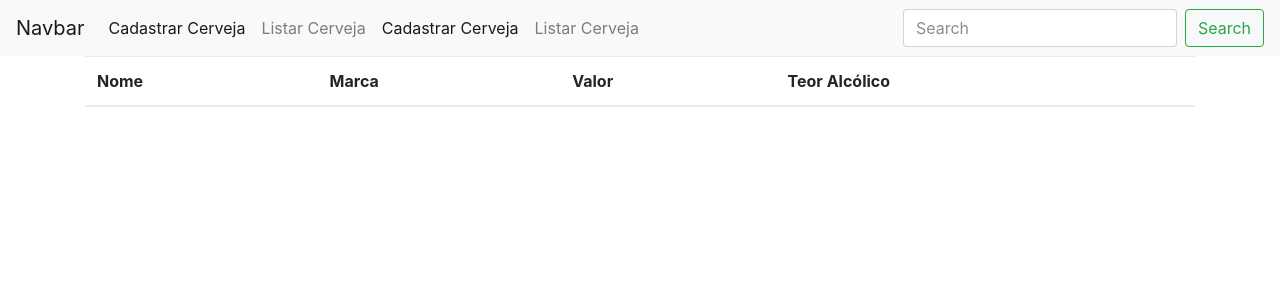
Repository: ViniciusSevero/FIAP-2TDSF-DBE-2sem
Page: http://localhost/04-SpringBoteco/WEB-INF/jsp/cerveja/lista.jsp
The author's editor kept a copy of each file at every save. The page is drawn from the files as they stood at one save, then again after the next save.
The browser window is 1280 px wide. The pictures show the whole page.
The page is served by Tomcat 9. Nobody is signed in. Other server files are loaded and not shown. The template is opened directly, without the code that normally fills it, so the values that code supplies are empty.

Above is the page before, as saved 2017-08-29 14:38:59.
Console error (its wording comes from the project's code and is left out).

### 04-SpringBoteco/WebContent/WEB-INF/jsp/cerveja/lista.jsp
<%@ page language="java" contentType="text/html; charset=ISO-8859-1"
    pageEncoding="ISO-8859-1"%>
<%@ taglib prefix="tag" tagdir="/WEB-INF/tags" %>
<%@ taglib uri="http://java.sun.com/jsp/jstl/core" prefix="c" %>

<tag:template title="Lista de Cervejas">
	<table class="table">
		<thead>
			<tr>
				<th>Nome</th>
				<th>Marca</th>
				<th>Valor</th>
				<th>Teor Alcólico</th>
			</tr>
		</thead>
		<tbody>
			<c:forEach items="${lista}" var="cerveja">
				<tr>
					<td>${cerveja.nome}</td>
					<td>${cerveja.marca}</td>
					<td>${cerveja.valor}</td>
					<td>${cerveja.teorAlcolico}</td>
				</tr>
			</c:forEach>
		</tbody>
	</table>
</tag:template>

### 04-SpringBoteco/WebContent/WEB-INF/tags/template.tag
<%@ taglib uri="http://java.sun.com/jsp/jstl/core" prefix="c" %>
<%@ attribute name="title" required="true" %>
<!DOCTYPE html PUBLIC "-//W3C//DTD HTML 4.01 Transitional//EN" "http://www.w3.org/TR/html4/loose.dtd">
<html>
<head>
<meta http-equiv="Content-Type" content="text/html; charset=ISO-8859-1">
<title>${title}</title>
<link rel="stylesheet" type="text/css" href="<c:url value="/resources/css/bootstrap.min.css" />" >
</head>
<body>
	<nav class="navbar navbar-expand-lg navbar-light bg-light">
	  <a class="navbar-brand" href="#">Navbar</a>
	  <button class="navbar-toggler" type="button" data-toggle="collapse" data-target="#navbarSupportedContent" aria-controls="navbarSupportedContent" aria-expanded="false" aria-label="Toggle navigation">
	    <span class="navbar-toggler-icon"></span>
	  </button>
	  <div class="collapse navbar-collapse" id="navbarSupportedContent">
	    <ul class="navbar-nav mr-auto">
	      <li class="nav-item active">
	        <a class="nav-link" href="<c:url value="/cerveja/cadastrar" />">Cadastrar Cerveja<span class="sr-only">(current)</span></a>
	      </li>
	      <li class="nav-item">
	        <a class="nav-link" href="<c:url value="/listar/cadastrar" />">Listar Cerveja</a>
	      </li>
	      <li class="nav-item active">
	        <a class="nav-link" href="<c:url value="/cerveja/cadastrar" />">Cadastrar Cerveja<span class="sr-only">(current)</span></a>
	      </li>
	      <li class="nav-item">
	        <a class="nav-link" href="<c:url value="/listar/cadastrar" />">Listar Cerveja</a>
	      </li>
	    </ul>
	    <form class="form-inline my-2 my-lg-0">
	      <input class="form-control mr-sm-2" type="text" placeholder="Search" aria-label="Search">
	      <button class="btn btn-outline-success my-2 my-sm-0" type="submit">Search</button>
	    </form>
	  </div>
	</nav>
	<div class="container">
		<jsp:doBody />
	</div>
<script type="text/javascript" src="<c:url value="/resources/js/jquery-3.2.1.min.js" />"></script>
<script type="text/javascript" src="<c:url value="/resources/js/bootstrap.min.js" />"></script>
</body>
</html>

Loaded but not shown: 04-SpringBoteco/WebContent/resources/css/bootstrap.min.css (library); 04-SpringBoteco/WebContent/resources/js/jquery-3.2.1.min.js (library); 04-SpringBoteco/WebContent/resources/js/bootstrap.min.js (library)

After the next save:
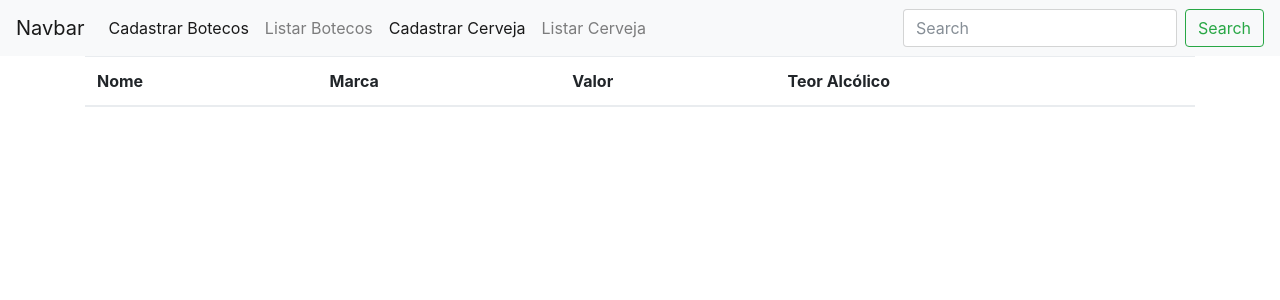
Saved 9 s later.
--- a/04-SpringBoteco/WebContent/WEB-INF/tags/template.tag
+++ b/04-SpringBoteco/WebContent/WEB-INF/tags/template.tag
@@ -16,10 +16,10 @@
 	  <div class="collapse navbar-collapse" id="navbarSupportedContent">
 	    <ul class="navbar-nav mr-auto">
 	      <li class="nav-item active">
-	        <a class="nav-link" href="<c:url value="/cerveja/cadastrar" />">Cadastrar Cerveja<span class="sr-only">(current)</span></a>
+	        <a class="nav-link" href="<c:url value="/cerveja/cadastrar" />">Cadastrar Botecos<span class="sr-only">(current)</span></a>
 	      </li>
 	      <li class="nav-item">
-	        <a class="nav-link" href="<c:url value="/listar/cadastrar" />">Listar Cerveja</a>
+	        <a class="nav-link" href="<c:url value="/listar/cadastrar" />">Listar Botecos</a>
 	      </li>
 	      <li class="nav-item active">
 	        <a class="nav-link" href="<c:url value="/cerveja/cadastrar" />">Cadastrar Cerveja<span class="sr-only">(current)</span></a>
